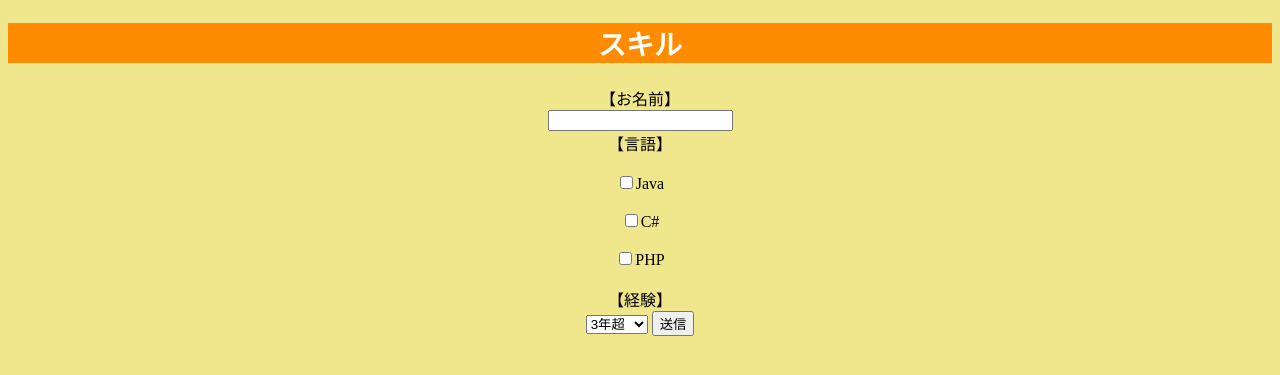
Repository: kazuya-arita/practice-eclipse
Page: JavaWebEx0801/src/main/webapp/input.html
These files come from the project's save history. The page is drawn as it stood at one moment and after the next save; the edit follows.
The browser window is 1280 px wide. The pictures show the whole page.

Above is the page before, as saved 2024-05-26 06:38:05.

### JavaWebEx0801/src/main/webapp/input.html
<!DOCTYPE html>
<html>
<head>
<meta charset="UTF-8">
<title>入力フォーム</title>
<link rel="stylesheet" href="style.css">
</head>
<body>
	<h2>スキル</h2>
	<form action="input-servlet2" method="POST">
		<label>【お名前】</label><br>
		<input type="text" name="name" required><br>

		<label>【言語】</label><br><br>
		<input type="checkbox" name="verbal" value="Java">Java<br><br>
		<input type="checkbox" name="verbal" value="C#">C#<br><br>
		<input type="checkbox" name="verbal" value="PHP">PHP<br><br>

		<label>【経験】</label><br>
		<select name="experience">
			<option value="未経験">未経験</option>
			<option value="～1年">～1年</option>
			<option value="～3年">～3年</option>
			<option value="3年超" selected>3年超</option>
		</select>

		<input type="submit" value="送信">
	</form>


</body>
</html>

### JavaWebEx0801/src/main/webapp/style.css
@charset "UTF-8";

body {
	font-family: BIZ UDPゴシック;
	background-color: #f0e68c;
	text-align: center;
}

h1 {
	font-size: 32px;
    color: green
}

h2 {
	font-size: 28px;
    background-color: #ff8c00;
    color: white
}

After the next save:
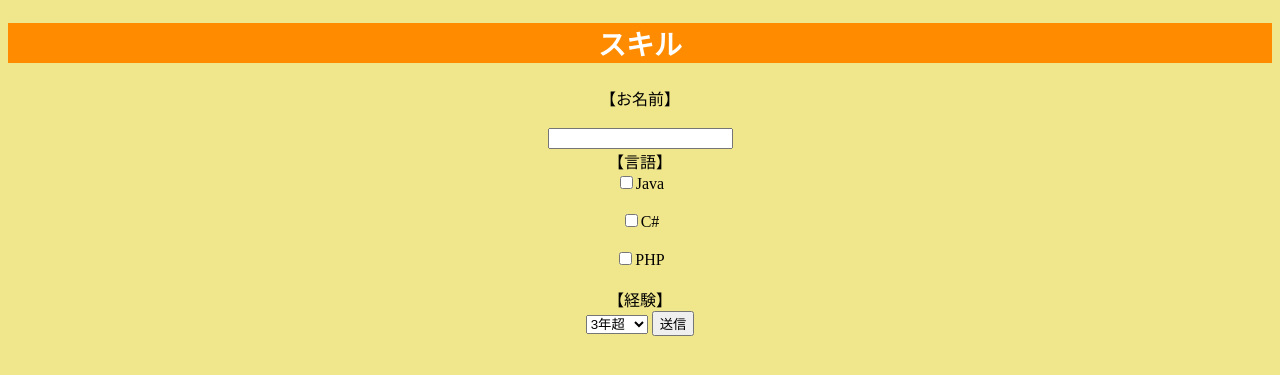
Saved 18 s later.
--- a/JavaWebEx0801/src/main/webapp/input.html
+++ b/JavaWebEx0801/src/main/webapp/input.html
@@ -8,10 +8,10 @@
 <body>
 	<h2>スキル</h2>
 	<form action="input-servlet2" method="POST">
-		<label>【お名前】</label><br>
+		<label>【お名前】</label><br><br>
 		<input type="text" name="name" required><br>
 
-		<label>【言語】</label><br><br>
+		<label>【言語】</label><br>
 		<input type="checkbox" name="verbal" value="Java">Java<br><br>
 		<input type="checkbox" name="verbal" value="C#">C#<br><br>
 		<input type="checkbox" name="verbal" value="PHP">PHP<br><br>
